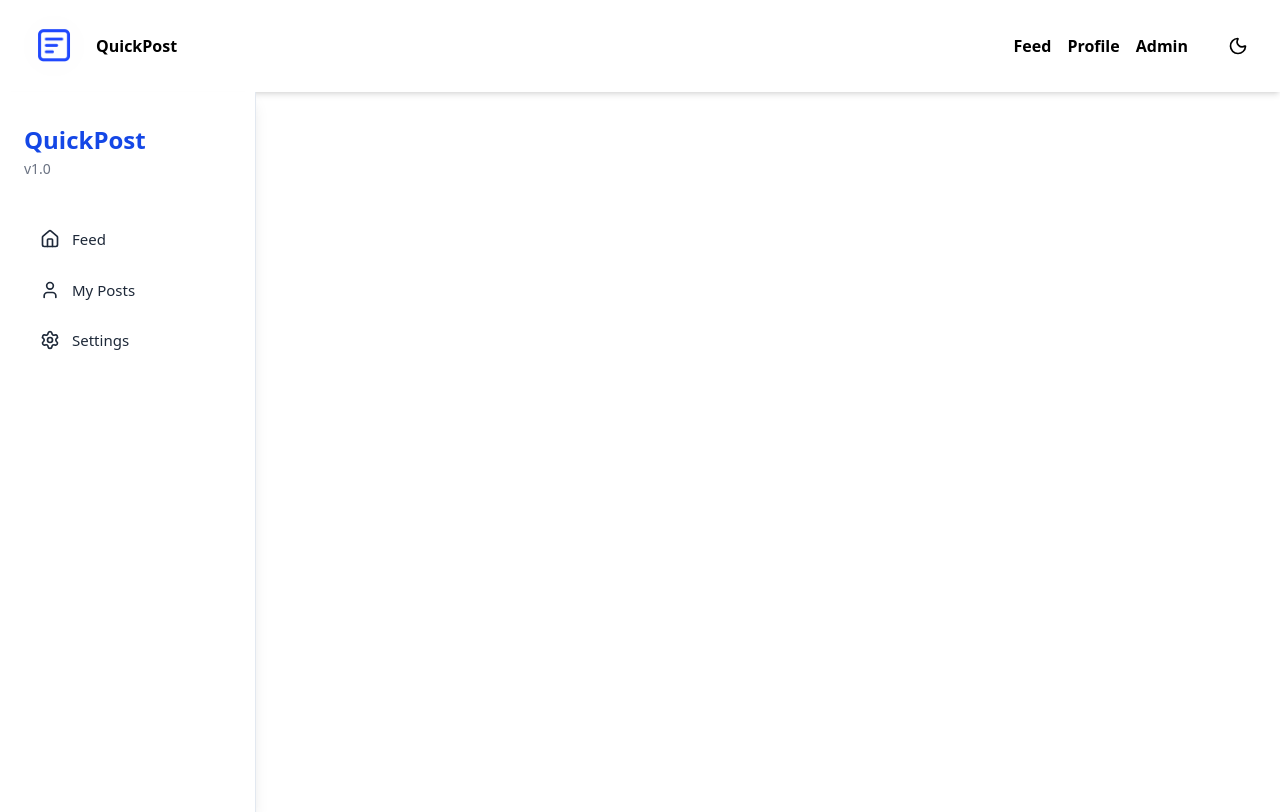
Repository: keith212005/quickpost
Page: /
An editor plug-in stored every save of this project. The page is shown before and after the next save, followed by the edit.
The browser window is 1280 px wide. The pictures show the whole page.
The project was rebuilt for these pictures with package versions that can differ from the ones it lists, and the page was loaded fresh each time. The framework's server and built-in components were replaced by stand-ins that run in the browser. Also part of the build but not shown: next.config.ts.

Above is the page before, as saved 2025-05-02 18:10:52.

After the next save:
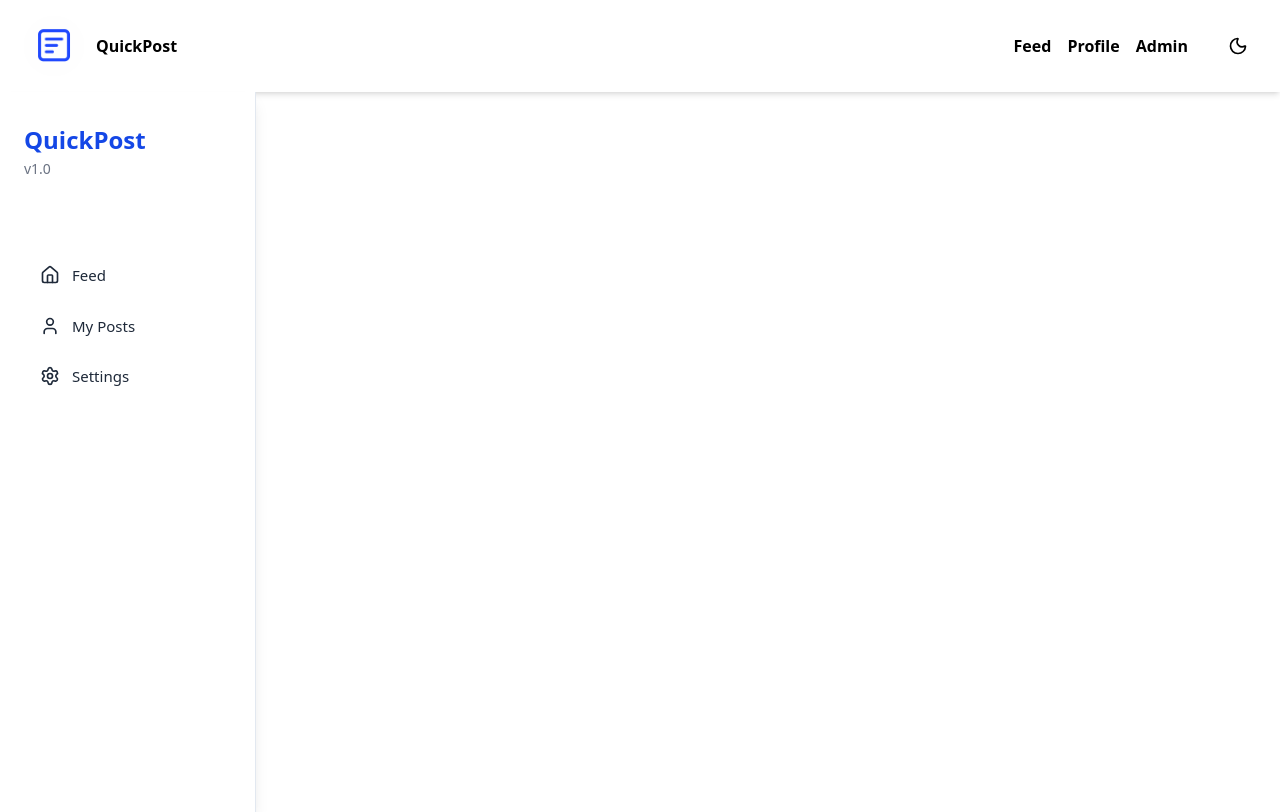
Saved 26 s later.
--- a/src/components/layout/SideBar.tsx
+++ b/src/components/layout/SideBar.tsx
@@ -2,6 +2,8 @@
 
 import { Home, Settings, User } from 'lucide-react';
 import Link from 'next/link';
+
+import SideBarLink from '../SideBarLink';
 
 export default function Sidebar() {
   return (
@@ -13,6 +15,7 @@ export default function Sidebar() {
         <span className='text-sm text-gray-500 dark:text-gray-400'>v1.0</span>
       </div>
       <nav className='flex flex-col space-y-3 text-[15px] font-medium text-gray-800'>
+        <SideBarLink href='/dashboard' label='Feed' />
         <Link
           href='/dashboard'
           className='flex items-center gap-3 rounded-lg px-4 py-2 transition hover:bg-gray-700 dark:text-white'
